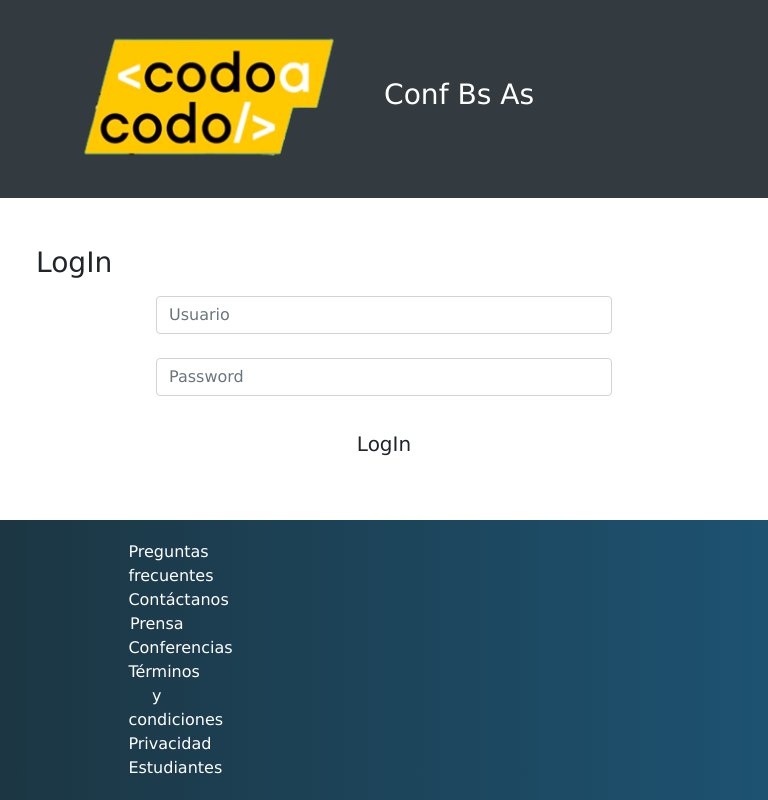
Repository: carolinaeramirez/tpntegrador_cac_23552
Page: http://localhost/integrador_cac/login.jsp
An editor plug-in stored every save of this project. The page is shown before and after the next save, followed by the edit.
The browser window is 768 px wide. The pictures show the whole page.
The page is served by Tomcat 9. Other server files are loaded and not shown.

Above is the page before, as saved 2023-12-15 19:36:04.

### integrador_cac/src/main/webapp/login.jsp
<%@ page language="java" contentType="text/html; charset=UTF-8"
    pageEncoding="UTF-8"%>
<%@page import="ar.com.integrador.domain.Orador"%>
<%@page import="java.util.List"%>

<!doctype html>
<html lang="es">

	<head>
	  <meta charset="utf-8">
	  <meta name="viewport" content="width=device-width, initial-scale=1">




    <link
      rel="shortcut icon"
      href="./assets/img/favicon.ico"
      type="image/x-icon"
    />
    <link
      href="https://cdn.jsdelivr.net/npm/bootstrap@5.0.2/dist/css/bootstrap.min.css"
      rel="stylesheet"
      integrity="sha384-EVSTQN3/azprG1Anm3QDgpJLIm9Nao0Yz1ztcQTwFspd3yD65VohhpuuCOmLASjC"
      crossorigin="anonymous"
    />
    <link rel="stylesheet" href="./css/estilos.css" />
	  <title>Trabajo Integrador</title>

	</head>
	<body>

		<jsp:include page="header.jsp"/>

		<main class="d-flex justify-content-center align-items-center">
		 <section class="mt-5 container" id="form-orador">
		        <div class="row justify-content-center">
		            <div class="col-lg-8 col-xl-7">
		                <h2 class="titulo-gral mb-3">LogIn</h2>

		                <form action="<%=request.getContextPath()%>/LoginAdminController" method="POST">
		                    <div class="row justify-content-center">
		                        <div class="col-8 mb-3 mb-4">
		                            <input type="text" class="form-control" name="nombre" placeholder="Usuario" aria-label="Nombre" required>

		                        </div>
		                         <div class="col-8 mb-3 mb-4">
		                           <input type="password" class="form-control" name="password" placeholder="Password" aria-label="Password" required>
		                         </div>
		                    </div>
		                    <div class="row justify-content-center">
		                        <div class="col-8 mb-3">
		                            <div class="d-grid">
		                                <button type="submit" class="btn btn-lg btn-form">LogIn</button>
		                            </div>
		                        </div>
		                    </div>
		                </form>
		            </div>
		        </div>
		    </section>

		</main>

		<jsp:include page="footer.jsp"/>

		<script src="https://cdn.jsdelivr.net/npm/bootstrap@5.1.3/dist/js/bootstrap.bundle.min.js" integrity="sha384-ka7Sk0Gln4gmtz2MlQnikT1wXgYsOg+OMhuP+IlRH9sENBO0LRn5q+8nbTov4+1p" crossorigin="anonymous"></script>

	</body>
</html>

### integrador_cac/src/main/webapp/header.jsp
 <header>
      <div class="encabezado">
        <div class="encabezado__logo">
          <a
            href="https://buenosaires.gob.ar/educacion/codo-codo-40"
            target="_blank"
          >
            <img
              class="encabezado__logo__img"
              src="assets/img/codoacodo.png"
              alt="logo de codo a codo 4.0"
              loading="lazy"
            />
          </a>
        </div>
        <div class="encabezado__titulo">
          <h2>Conf Bs As</h2>
        </div>
        <nav class="encabezado__nav">
          <ul>
            <li>
              <a class="encabezado_conferencia" href="index.jsp#conferencia"
                >La conferencia</a
              >
            </li>
            <li>
              <a class="encabezado_links" href="index.jsp#oradores">Los oradores</a>
            </li>
            <li>
              <a class="encabezado_links" href="index.jsp#lugarFecha"
                >El lugar y la fecha</a
              >
            </li>
            <li>
              <a class="encabezado_links" href="index.jsp#formularioOrador"
                >Conviertete en orador</a
              >
            </li>
            <li>
              <a class="encabezado_comprar_tickets" href="tickets.jsp"
                >Comprar tickets</a
              >
            </li>
            <li>
              <a class="encabezado_links" href="login.jsp"
                >Login</a
              >
            </li>
          </ul>
        </nav>
        <div class="encabezado__hamburguesa">
          <i class="fas fa-bars" id="hamburguesa"></i>
        </div>
      </div>
    </header>

### integrador_cac/src/main/webapp/footer.jsp
<footer class="footer_contenedor">
      <a class="anclas_footer" href="">Preguntas frecuentes</a>
      <a class="anclas_footer" href="">Contáctanos</a>
      <a class="anclas_footer" href="">Prensa</a>
      <a class="anclas_footer" href="">Conferencias</a>
      <a class="anclas_footer" href="">Términos y condiciones</a>
      <a class="anclas_footer" href="">Privacidad</a>
      <a class="anclas_footer" href="">Estudiantes</a>
    </footer>

### integrador_cac/src/main/webapp/css/estilos.css
* {
  margin: 0;
  padding: 0;
  box-sizing: border-box;
  font-family: "Lucida Sans", "Lucida Sans Regular", "Lucida Grande",
    "Lucida Sans Unicode", Geneva, Verdana, sans-serif;

}

/* Encabezado */.encabezado {
  width: 100%;
  padding-left: 5%;
  padding-right: 5%;
  height: 15%;
  background-color: rgb(51, 58, 64);
  display: flex;
  align-items: center;
  justify-content: flex-start;
  flex-direction: row;

  /* Responsive */
  @media (max-width: 768px) {
    flex-direction: row;
    align-items:center;
    justify-content: space-between;
  }
}

.encabezado__logo {
  margin-left: 2%;
  width: 10%;

  /* Responsive */
  @media (max-width: 768px) {
    margin-left: 0;
    width: 100%;
  }
}

.encabezado__logo__img {
  width: 100%;
}

.encabezado__titulo {
  width: 15%;
  color: white;
  font-size: 1rem;

  /* Responsive */
}
@media (max-width: 768px) {
  .encabezado__titulo {
    margin-left: 0;
    width: 100%;
  }
}
.encabezado__nav {
  margin-right: 5%;
  width: 75%;
  display: flex;
  align-items: flex-end;
  justify-content: flex-end;
  flex-direction: row;
  position: relative;

  /* Responsive */
}
.encabezado__hamburguesa {
  color: white;
  position: absolute;
  right: 20px;
  top: 10px;
}
@media (max-width: 768px) {
  .encabezado__nav {
    display: none;
  }

  .encabezado__hamburguesa {
    display: block;
  }
}
.encabezado__nav ul {
  display: flex;
  align-items: flex-end;
  justify-content: space-evenly;
  flex-direction: row;
  flex-wrap: wrap;
  list-style: none;
}

.encabezado__nav ul li a {
  margin-left: 30px;
  text-decoration: none;
  font-size: 1rem;
}

.encabezado_conferencia {
  color: white;
}

.encabezado_links {
  color: rgb(151, 151, 161);
}

.encabezado_comprar_tickets {
  color: rgb(42, 168, 69);
}

/* conferencia Bs As */
.section_conferencia {
  width: 100%;
  background-image: linear-gradient(rgba(0, 0, 0, 0.5), rgba(0, 0, 0, 0.4)),
    url("../assets/img/palaciodelasaguas.jpg");
  background-size: cover;
  background-position: center;
  background-repeat: no-repeat;
  display: flex;
  flex-direction: column;
  align-content: flex-end;
  justify-content: flex-end;
  text-align: right;
  color: white;
  padding-right: 5%;
  padding-bottom: 10%;
  padding-top: 10%;

  /* Responsive */
}
@media (max-width: 768px) {
  .section_conferencia {
    padding-left: 0;
    padding-right: 0;
    text-align: center;
    flex-wrap: wrap;
  }
}
.section_conferencia h1 {
  font-size: 2rem;
  font-weight: 500;
  margin: 0;
  padding: 0;

  /* Responsive */
}
@media (max-width: 768px) {
  .section_conferencia h1 {
    font-size: 24px;
  }
}
.section_conferencia p {
  font-size: 1rem;
  font-weight: 400;
  margin-left: 50%;
  padding: 0;

  /* Responsive */
  @media (max-width: 768px) {
    font-size: 14px;
  }
}

.section_conferencia_button {
  font-size: 1.5rem;
  display: flex;
  justify-content: flex-end;
  padding-top: 20px;

  /* Responsive */
  @media (max-width: 768px) {
    display: flex;
    flex-direction: column;
    justify-content: center;
  }
}

.comprar_tickets {
  text-decoration: none;
  border-radius: 8%;
  border: none;
  background-color: rgb(39, 168, 68);
  color: white;
  padding: 1%;
  margin-left: 10px;
  font-size: 1rem;

  /* Responsive */
  @media (max-width: 768px) {
    margin: 0 auto;
  }
}

.quiero_ser_orador {
  text-decoration: none;
  border-radius: 8%;
  border: solid 1px white;
  color: white;
  padding: 1%;
  font-size: 1rem;

  /* Responsive */
  @media (max-width: 768px) {
    margin: 0 auto;
  }
}

/* LOS ORADORES */
.oradores {
  width: 80%;
  margin: 2% auto;
  text-align: center;
  padding-top: 5px;

  @media (max-width: 780px) {
    margin: 0;
    padding: 0;
    width: 100%;
    flex-direction: column;
  }
}
.contenedor-tarjetas {
  padding: 1%;
  display: flex;
  justify-content: space-between;
  /* Responsive */
}
@media (max-width: 780px) {
  .contenedor-tarjetas {
    margin: 0;
    padding: 0;
    width: 100%;
    flex-direction: column;
    flex-wrap: wrap;
  }
}
@media (max-width: 780px) {
  .card {
    flex-direction: column;
    width: 100%;
  }
}

.temas {
  display: flex;
  flex-direction: row;
  align-items: start;
  justify-content: start;
}
.colorCeleste {
  margin-left: 10px;
  padding: 2px;
  font-size: 1rem;
  background-color: rgb(0, 200, 255);
  color: white;
  border: 1px solid rgb(0, 200, 255);
  border-radius: 5px;
}
.colorAmarillo {
  font-size: 1rem;
  background-color: rgb(255, 255, 0);
  color: black;
  padding: 2px;
  border: 1px solid rgb(255, 255, 0);
  border-radius: 5px;
}
.colorGris {
  padding: 2px;
  font-size: 1rem;
  background-color: rgb(106, 106, 106);
  color: white;
  border: 1px solid rgb(106, 106, 106);
  border-radius: 5px;
}
.colorRojo {
  padding: 2px;
  margin-left: 10px;
  font-size: 1rem;
  background-color: rgb(171, 2, 2);
  color: white;
  border: 1px solid rgb(171, 2, 2);
  border-radius: 5px;
  text-align: left;
}
.card-title {
  text-align: left;
  font-weight: bold;
}
.card-text {
  text-align: justify;
}
/* honolulu section. */

.lugar_fecha {
  width: 100%;
  height: 400px;
  margin-top: 1%;
  display: flex;
  justify-content: space-between;
  flex-direction: row;
}

.lugar_fecha_imagen {
  max-width: 50%;
  overflow: hidden;
  align-items: center;
}
.lugar_fecha_imagen img {
  max-width: 100%;
  height: auto;
}

.lugar_fecha_texto {
  padding: 2%;
  width: 50%;
  background-color: rgb(53, 58, 61);
  display: flex;
  justify-content: start;
  align-content: flex-start;
  flex-wrap: wrap;
  text-align: left;
}
.lugar_fecha_texto h2 {
  color: white;
  font-size: 2rem;
}
.lugar_fecha_texto p {
  color: white;
  font-size: 1rem;
}
.lugar_fecha_conoce_mas {
  display: flex;
  flex-direction: row;
  align-items: end;
  justify-content: end;
  color: white;
  font-size: 1rem;
  border: solid 1px white;
}
@media (max-width: 780px) {
  .lugar_fecha {
    flex-direction: column;
    height: auto;
  }

  .lugar_fecha_imagen {
    max-width: 100%;
  }

  .lugar_fecha_texto {
    width: 100%;
  }
}
/* ***************************************************** */
/* Formulario oradores */

.formularioOrador {

  display: flex;
  justify-content: center;
  align-items: center;
  background-color: red;
  background-color: aqua;
  width: 100%;
  height: 100%;
  display: flex;
  justify-content: center;
  align-items: center;
  flex-direction: row;
  margin-bottom:10%

}
.titulo-subtitulo {
  margin-top: 5%;
  display: flex;
  justify-content: center;
  align-items: center;
  flex-direction: column;
}
.titulo-subtitulo .titulo {
  color: black;
  font-size: 2rem;
}
.titulo-subtitulo .subtitulo {
  color: black;
  font-size: 1rem;
}
.titulo-subtitulo .info {
  text-align: left;
  color: black;
  font-size: 1.5rem;
  font-family: "Gill Sans", "Gill Sans MT", Calibri, "Trebuchet MS", sans-serif;
}
.formulario-row {
  background-color: aqua;
  width: 80%;
  margin-left: 15%;
}
.input-textarea {
  width: 80%;
  height: auto;
  margin-left: 15%;
}
.label-textarea {
  color: rgb(115, 110, 110);
  font-size: 1rem;
  padding: 0;
}
.input {
  width: 100%;
  margin-right: 5%;

  border: solid 1px gray;
  border-radius: 5%;
}
.input_textarea {
  width: 105%;
  height: 20vh;
  display: block;
  justify-content: center;
  align-items: center;
  margin-top: 5%;
}
.btn-enviar {
  margin-top: 1%;
  width: 100%;
  padding: 5px;
  background-color: rgb(150, 201, 62);
  border-radius: 5px;
  border: solid 1px rgb(150, 201, 62);
  font-size: 1rem;

}

/* FOOTER */
.footer_contenedor {

  display: flex;
  flex-wrap: nowrap;
  flex-direction: row;
  justify-content: space-evenly;
  align-items: center;
  text-align: center;
  margin-top: 5%;
  padding: 20px 100px 20px 100px;
  background: linear-gradient(to right, rgb(28, 54, 67), rgb(29, 82, 113));
 position: fixed;
  bottom: 0;
  width: 100%;

}
@media (max-width: 780px) {
  .footer_contenedor {
    align-items: start;
    justify-content: flex-start;
    flex-direction: column;
    height: auto;
 position: fixed;
  bottom: 0;
  width: 100%;
  }
}
.footer_contenedor ul {
  list-style: none;
  display: flex;
  flex-wrap: nowrap;
  flex-direction: row;
  justify-content: space-evenly;
  align-items: center;
}
.anclas_footer {
  width: 10%;
  text-decoration: none;
  color: white;
  font-size: 1rem;
  margin-left: 5%;
}

/* PAGE TICKETS */
.main-tickets {
  width: 100%;
  height: auto;
}
/* ****************Categorias de descuentos************ */
.categoria {
  padding: 1%;
  display: flex;
  flex-direction: row;
  justify-content: space-evenly;
  width: 60%;
  margin-left: 20%;
  margin-top: 3%;
  align-items: center;
  align-content: center;
  /* gap: 10px; */
  flex-wrap: wrap;
}

.categoria__cat {
  width: 30%;
  height: 30%;
  display: flex;
  flex-direction: column;
  justify-content: center;
  align-items: center;
  flex-wrap: 10px;
  background: #ffffff;
  text-align: center;
  padding: 25px;
  transition: transform 0.3s;
}
.categoria__cat:hover {
  transform: scale(1.1);
  box-shadow: 0 0 10px rgba(0, 0, 0, 0.5);
}

.categoria__cat__title {
  text-align: center;
  font-family: Arial, Helvetica, sans-serif;
  font-size: 1.5rem;
  font-style: normal;
  font-weight: 600;
  line-height: normal;
  line-height: 2.5;
}

.categoria__cat__texto {
  font-size: 0.8rem;
  font-style: normal;
  font-weight: 400;
  line-height: normal;
  display: flex;
  flex-direction: column;
  line-height: 2.5;
}
.categoria__cat__porcentaje {
  text-align: center;
  font-family: Arial, Helvetica, sans-serif;
  font-size: 1rem;
  font-style: normal;
  font-weight: 600;
  line-height: normal;
  line-height: 2.5;
}
@media (max-width: 780px) {
  .categoria {
    margin-left: 20%;
    padding: 0;
    width: 70%;
    height: 30%;
    display: flex;
    justify-content: center;
    align-items: center;
    flex-direction: column;
    flex-wrap: wrap;
  }
  .categoria__cat {
    width: 100%;
    margin-top: 20px;
  }
}
/* Uso el id para darles los bordes de cada color a las categorias */
#estudiante {
  border: solid 2px;
  border-color: rgb(0, 123, 255);
}

#trainee {
  border: solid 2px;
  border-color: rgb(23, 162, 184);
}
#junior {
  border: solid 2px;
  border-color: rgb(255, 193, 7);
}

/* Formulario de compra de tickets */

.form {
  width: 100%;
  display: flex;
  flex-direction: column;
  justify-content: center;
  align-items: center;
  padding: 1% 10% 0% 10%;
}

.form__encabezado {
  display: flex;
  justify-content: center;
  flex-direction: column;
  align-items: center;
  line-height: 2;
}

.form-input-center {
  padding: 5px;
  display: flex;
  flex-direction: row;
  justify-content: space-between;
  width: 70%;
}


.input-center {
  margin-bottom: 10px;
  margin-right: 5px;
  display: flex;
  flex-direction: row;
  justify-content: space-between;
  width: 100%;
  border-radius: 5px;
  border: 1px solid rgb(141, 138, 138);
  padding: 2px;
}
@media (max-width: 780px) {
  .form-input-center {
    margin-left: 0%;
    padding: 0;
    width: 100%;
    display: flex;
    justify-content: center;
    align-items: center;
    flex-direction: column;
    flex-wrap: wrap;
  }

}
#categoria {
  padding: 1px;
  margin-left: 3px;
  width: 98%;
}

.input-label {
  font-size: 0.9rem;

  width: 100%;
  display: flex;
  justify-content: space-between;
  flex-direction: column;
}

/* pago y botones  */
.total {
  /* margin-top: 20px; */
  width: 70%;
  display: flex;
  align-items: center;
  justify-content: start;
  flex-direction: row;
  padding: 5px;
}
.total_pago {
  width: 100%;
  background-color: lightblue;
  border: 1px solid rgb(204, 229, 255);
  border-radius: 5px;
  font-size: 1rem;
  display: block;
  padding: 2px;
}
.botones {
  width: 70%;
  display: flex;
  justify-content: space-between;
  flex-direction: row;
  align-items: center;
  padding: 5px;
}
.boton {
  display: flex;
  justify-content: center;
  background-color: rgb(151, 201, 62);
  width: 50%;
  text-align: center;
  font-size: 1.2rem;
  color: white;
  border: 1px solid rgb(151, 201, 62);
  border-radius: 3px;
  /* margin-left: 5px; */
}

After the next save:
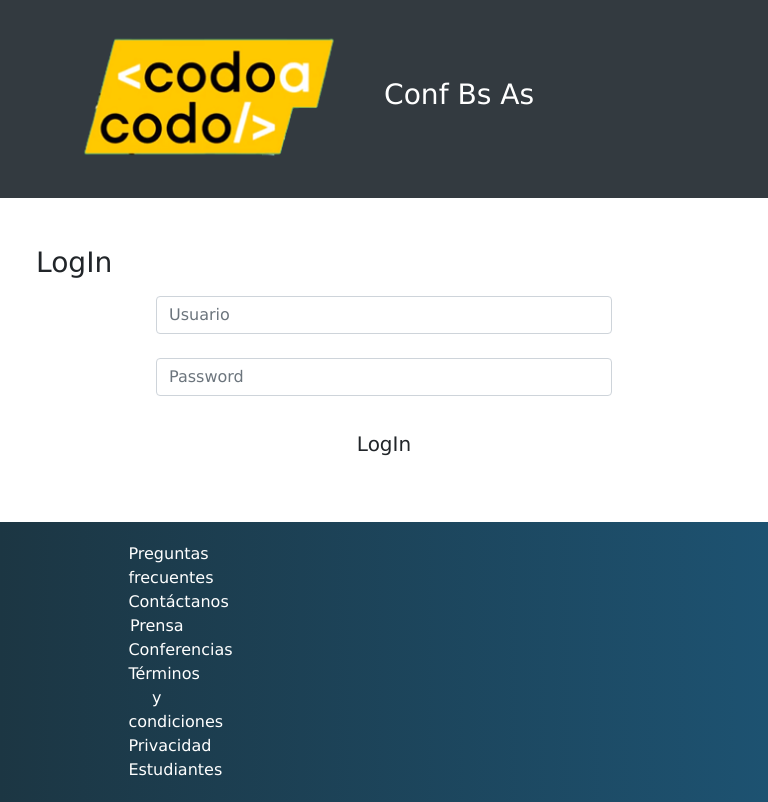
Saved 66 s later.
--- a/integrador_cac/src/main/webapp/css/estilos.css
+++ b/integrador_cac/src/main/webapp/css/estilos.css
@@ -443,7 +443,7 @@
   margin-top: 5%;
   padding: 20px 100px 20px 100px;
   background: linear-gradient(to right, rgb(28, 54, 67), rgb(29, 82, 113));
- position: fixed;
+
   bottom: 0;
   width: 100%;
 
@@ -454,7 +454,7 @@
     justify-content: flex-start;
     flex-direction: column;
     height: auto;
- position: fixed;
+
   bottom: 0;
   width: 100%;
   }
